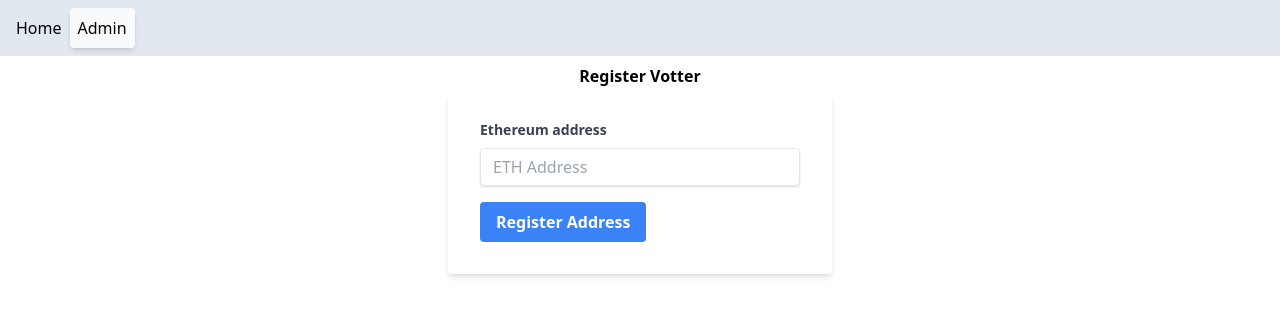
Repository: mavidev93/votting-app
Page: /admin
An editor plug-in stored every save of this project. The page is shown before and after a run of saves, followed by the edit.
The browser window is 1280 px wide. The pictures show the whole page.
The project was rebuilt for these pictures with package versions that can differ from the ones it lists, and the page was loaded fresh each time.

Above is the page before, as saved 2022-02-21 17:44:00.

### src/index.tsx
import React from "react";
import ReactDOM from "react-dom";
import "./index.css";
import App from "./App";
import reportWebVitals from "./reportWebVitals";

//third party
import { BrowserRouter } from "react-router-dom";

//app
import MainRoute from "./Rooter/MainRoute";
ReactDOM.render(
  <React.StrictMode>
    <BrowserRouter>
      <MainRoute />
    </BrowserRouter>
  </React.StrictMode>,
  document.getElementById("root")
);

// If you want to start measuring performance in your app, pass a function
// to log results (for example: reportWebVitals(console.log))
// or send to an analytics endpoint. Learn more: https://bit.ly/CRA-vitals
reportWebVitals();

### src/Rooter/MainRoute.tsx
//react
import React, { lazy, Suspense } from "react";
import { Routes, Route } from "react-router-dom";

//app
import App from "../App";

//Routing

const Admin = lazy(() => import("../pages/Admin/Admin"));

//Routes
// let routes = [{url:"/",component:App},{url:'admin',component:Admin}]

function MainRoute() {
  return (
    <Routes>
      <Route path="/" element={<App />}>
        <Route
          path="admin"
          element={
            <Suspense fallback={<div>loading ...</div>}>
              <Admin />
            </Suspense>
          }
        />
      </Route>
    </Routes>
  );
}

export default MainRoute;

### src/App.tsx
import React from "react";

//third party
import { NavLink, Outlet } from "react-router-dom";
function App() {
  let navLinkClassNames = "p-2  rounded inline-block ";
  let activeNavLinkClassNames = "shadow-md bg-slate-50";
  return (
    <div className="App">
      <nav className="bg-slate-200 p-2">
        <NavLink
          // className={(isActive) => `${isActive ? "bg-slate-300" : "bg-black	"}`}
          className={({ isActive }) =>
            navLinkClassNames + (isActive ? activeNavLinkClassNames : "")
          }
          to="/"
          end
        >
          Home
        </NavLink>
        <NavLink
          end
          // className={(isActive) => `${isActive ? "bg-slate-300" : "bg-black	"}`}
          className={({ isActive }) =>
            navLinkClassNames + (isActive ? activeNavLinkClassNames : "")
          }
          to="admin"
        >
          {" "}
          Admin
        </NavLink>
      </nav>
      <Outlet />
    </div>
  );
}

export default App;

### src/pages/Admin/Admin.tsx
//app
import RegisterUser from "../../Components/RegisterUser";

function Admin() {
  return (
    <>
      <h3 className="text-center my-2 font-semibold	">Register Votter</h3>
      <RegisterUser />
    </>
  );
}

export default Admin;

### src/Components/RegisterUser.tsx
//react
import { useState } from "react";

//Third Party
import { Contract, ethers } from "ethers";

//App Contract
import VotingProposals from "../artifacts/contracts/VotingProposals.sol/VotingProposals.json";

//get around window type
declare const window: any;

//contract address
const votingProposalsAddress = "0x5FbDB2315678afecb367f032d93F642f64180aa3";

function RegisterUser() {
  //local state
  const [addressVal, setAddressVal] = useState("");

  //events
  const handleRegister = async (event) => {
    event.preventDefault();
    console.log(ethers.utils.isAddress(addressVal));
    if (ethers.utils.isAddress(addressVal)) {
      const provider = new ethers.providers.Web3Provider(window.ethereum);
      //request from metamask to user account
      await provider.send("eth_requestAccounts", []);

      const signer = provider.getSigner();

      const votingProposalsWithSigner = new ethers.Contract(
        votingProposalsAddress,
        VotingProposals.abi,
        signer
      );

      console.log(votingProposalsWithSigner);
      const recept = await votingProposalsWithSigner.registerUser(addressVal);
      recept.wait();
      console.log(recept);
    }
  };

  const handleAddress = (event) => {
    setAddressVal(event.target.value);
  };

  return (
    <div>
      <div className="w-64 md:w-64 lg:w-96 mx-auto">
        <form
          onSubmit={handleRegister}
          className="bg-white shadow-md rounded px-8 pt-6 pb-8 mb-4"
        >
          <div className="mb-4">
            <label
              className="block text-gray-700 text-sm font-bold mb-2"
              htmlFor="username"
            >
              Ethereum address
            </label>
            <input
              className="shadow appearance-none border rounded w-full py-2 px-3 text-gray-700 leading-tight focus:outline-none focus:shadow-outline"
              id="username"
              type="text"
              placeholder="ETH Address"
              value={addressVal}
              onChange={handleAddress}
            />
          </div>

          <div className="flex items-center justify-between">
            <button
              className="bg-blue-500 hover:bg-blue-700 text-white font-bold py-2 px-4 rounded focus:outline-none focus:shadow-outline"
              type="submit"
            >
              Register Address
            </button>



          </div>
        </form>
      </div>
    </div>
  );
}

export default RegisterUser;

Loaded but not shown: public/index.html (common file); src/index.css (common file); src/reportWebVitals.ts (common file); tailwind.config.js (common file); src/artifacts/contracts/VotingProposals.sol/VotingProposals.json (276 lines, source omitted)

After the next 2 saves:
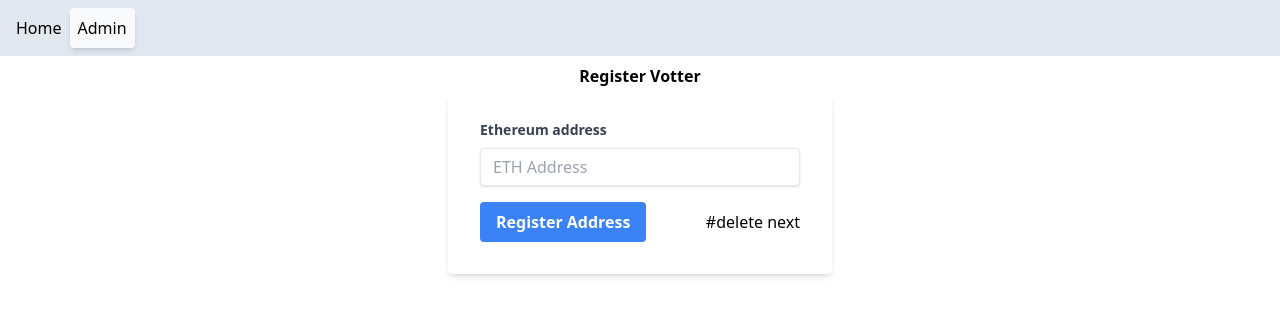
The 2 saves are shown as one change because they came seconds apart.
The last was saved 18 s later.
--- a/src/Components/RegisterUser.tsx
+++ b/src/Components/RegisterUser.tsx
@@ -77,7 +77,7 @@
               Register Address
             </button>
 
-
+            #delete next
 
           </div>
         </form>

After the 2 saves that followed:
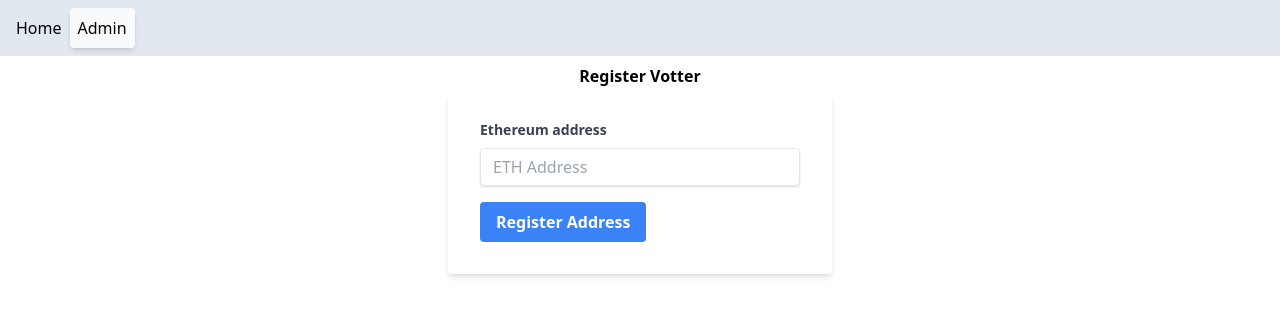
The 2 saves are shown as one change because they came seconds apart.
The last was saved 7 s later.
--- a/src/Components/RegisterUser.tsx
+++ b/src/Components/RegisterUser.tsx
@@ -77,7 +77,8 @@
               Register Address
             </button>
 
-            #delete next
+
+            {/* #delete next */}
 
           </div>
         </form>
